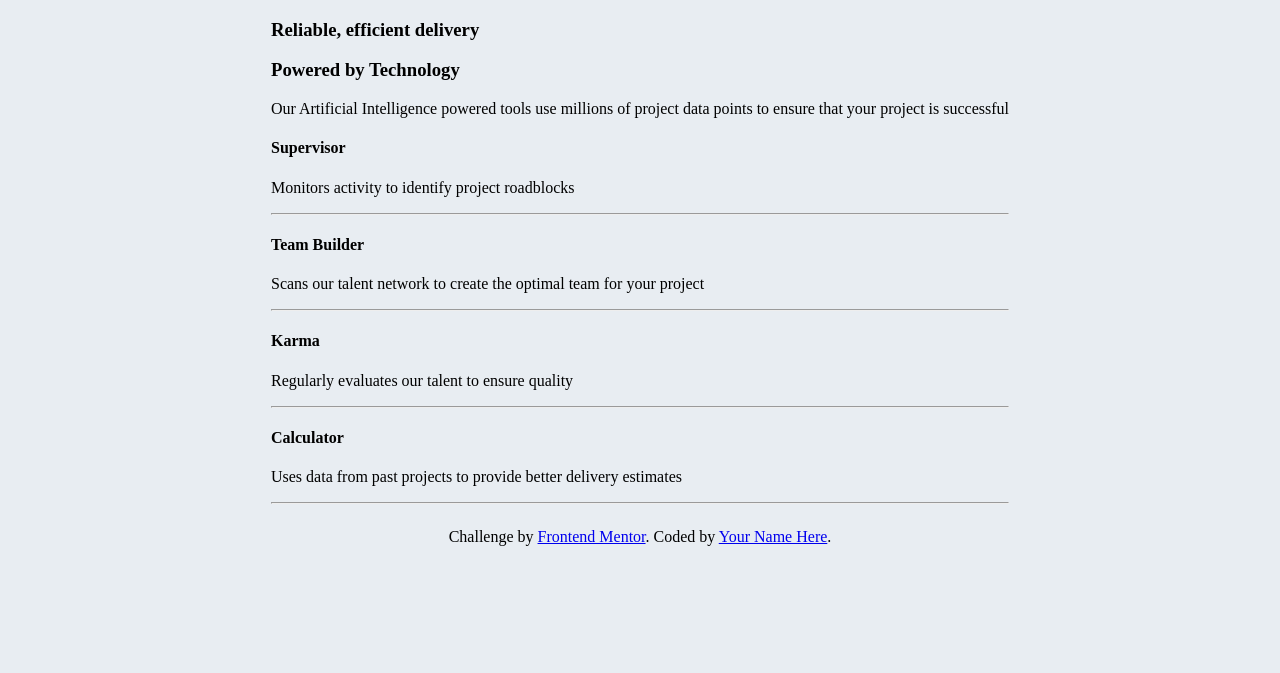
Repository: AngelaMwelu/four-card-page
Page: index.html
An editor plug-in stored every save of this project. The page is shown before and after a run of saves, followed by the edit.
The browser window is 1280 px wide. The pictures show the whole page.

Above is the page before, as saved 2025-05-15 15:21:24.

After the next 2 saves:
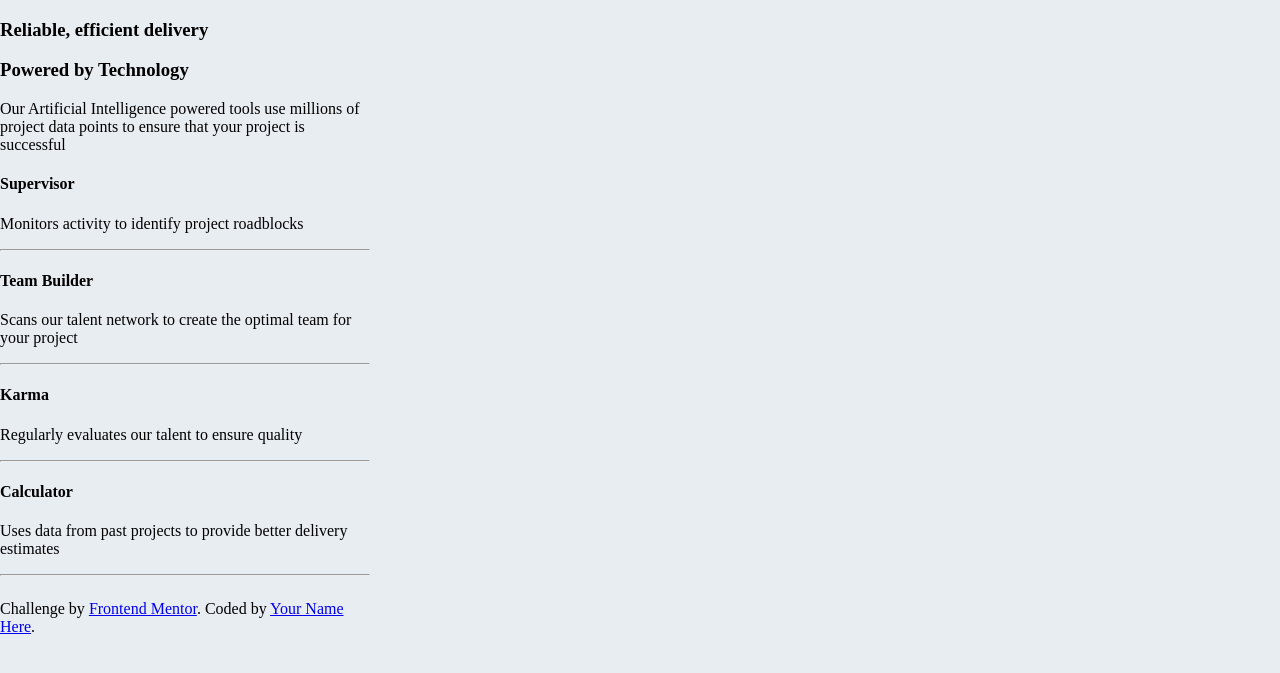
The 2 saves are shown as one change because they came seconds apart.
The last was saved 7 s later.
--- a/style.css
+++ b/style.css
@@ -7,5 +7,5 @@
       min-height: 100hv;
       box-sizing:border-box;
       margin: 0;
-      max-width
+      max-width:370px;
 }

After the save that followed:
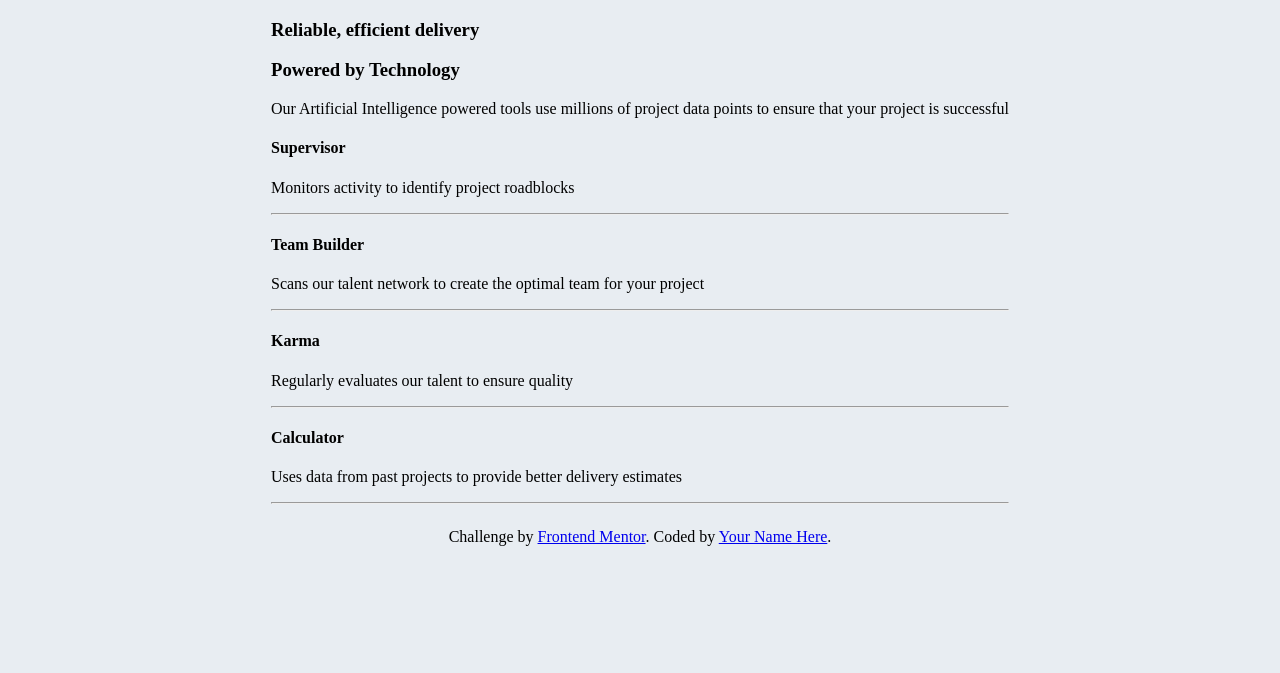
Saved 3 min 58 s later.
--- a/style.css
+++ b/style.css
@@ -7,5 +7,5 @@
       min-height: 100hv;
       box-sizing:border-box;
       margin: 0;
-      max-width:370px;
+
 }
